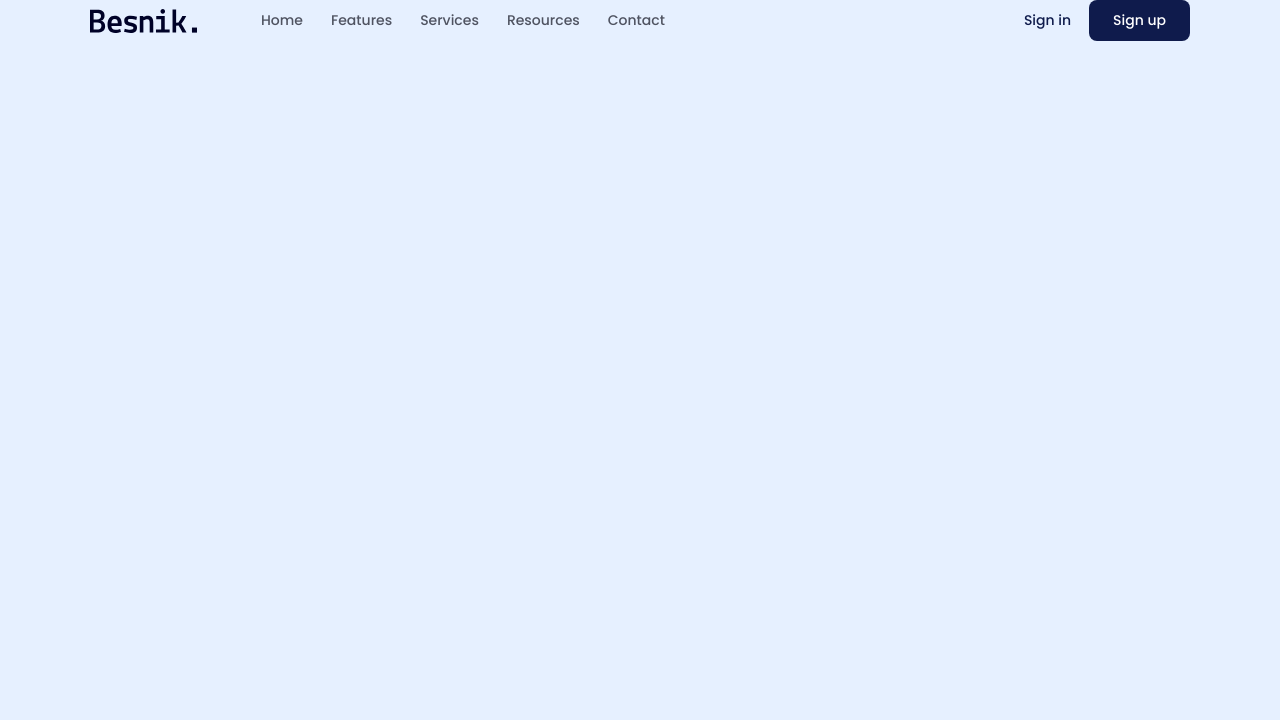
Repository: ducvui2003/f8-project-01
Page: index.html
These files come from the project's save history. The page is drawn as it stood at one moment and after the next save; the edit follows.
The browser window is 1280 px wide. The pictures show the whole page.

Above is the page before, as saved 2023-06-16 10:13:13.

### index.html
<!DOCTYPE html>
<html lang="en">

<head>
    <meta charset="UTF-8">
    <meta name="viewport" content="width=device-width, initial-scale=1.0">
    <title>f8-procject-01</title>

    <link rel="stylesheet" href="./asset/css/reset.css">
    <link rel="stylesheet" href="./asset/font/stylesheet.css">
    <link rel="stylesheet" href="./asset/css/styles.css">
</head>

<body>
    <main>
        <!-- Header -->
        <header class="header">
            <div class="content">
                <!--  -->
                <nav class="nav">
                    <!-- Logo -->
                    <img src="./asset/img/logo.svg" alt="">

                    <!-- Navigation -->
                    <ul>
                        <li><a href="">Home</a></li>
                        <li><a href="">Features</a></li>
                        <li><a href="">Services</a></li>
                        <li><a href="">Resources</a></li>
                        <li><a href="">Contact</a></li>
                    </ul>

                    <!-- Acion -->
                    <div class="actions">
                        <a href="#!" class="action-link">Sign in</a>
                        <a href="#!" class="btn">Sign up</a>
                    </div>
                </nav>
            </div>
        </header>

    </main>
</body>

</main>

</html>

### asset/font/stylesheet.css
/* =======Poppins font=========== */
@font-face {
  font-family: "Poppins";
  src: url("Poppins/Poppins-Black.woff2") format("woff2"),
    url("Poppins/Poppins-Black.woff") format("woff");
  font-weight: 900;
  font-style: normal;
  font-display: swap;
}

@font-face {
  font-family: "Poppins";
  src: url("Poppins/Poppins-BlackItalic.woff2") format("woff2"),
    url("Poppins/Poppins-BlackItalic.woff") format("woff");
  font-weight: 900;
  font-style: italic;
  font-display: swap;
}

@font-face {
  font-family: "Poppins";
  src: url("Poppins/Poppins-Bold.woff2") format("woff2"),
    url("Poppins/Poppins-Bold.woff") format("woff");
  font-weight: bold;
  font-style: normal;
  font-display: swap;
}

@font-face {
  font-family: "Poppins";
  src: url("Poppins/Poppins-BoldItalic.woff2") format("woff2"),
    url("Poppins/Poppins-BoldItalic.woff") format("woff");
  font-weight: bold;
  font-style: italic;
  font-display: swap;
}

@font-face {
  font-family: "Poppins";
  src: url("Poppins/Poppins-ExtraBold.woff2") format("woff2"),
    url("Poppins/Poppins-ExtraBold.woff") format("woff");
  font-weight: bold;
  font-style: normal;
  font-display: swap;
}

@font-face {
  font-family: "Poppins";
  src: url("Poppins/Poppins-ExtraBoldItalic.woff2") format("woff2"),
    url("Poppins/Poppins-ExtraBoldItalic.woff") format("woff");
  font-weight: bold;
  font-style: italic;
  font-display: swap;
}

@font-face {
  font-family: "Poppins";
  src: url("Poppins/Poppins-ExtraLight.woff2") format("woff2"),
    url("Poppins/Poppins-ExtraLight.woff") format("woff");
  font-weight: 200;
  font-style: normal;
  font-display: swap;
}

@font-face {
  font-family: "Poppins";
  src: url("Poppins/Poppins-ExtraLightItalic.woff2") format("woff2"),
    url("Poppins/Poppins-ExtraLightItalic.woff") format("woff");
  font-weight: 200;
  font-style: italic;
  font-display: swap;
}

@font-face {
  font-family: "Poppins";
  src: url("Poppins/Poppins-Italic.woff2") format("woff2"),
    url("Poppins/Poppins-Italic.woff") format("woff");
  font-weight: normal;
  font-style: italic;
  font-display: swap;
}

@font-face {
  font-family: "Poppins";
  src: url("Poppins/Poppins-Light.woff2") format("woff2"),
    url("Poppins/Poppins-Light.woff") format("woff");
  font-weight: 300;
  font-style: normal;
  font-display: swap;
}

@font-face {
  font-family: "Poppins";
  src: url("Poppins/Poppins-LightItalic.woff2") format("woff2"),
    url("Poppins/Poppins-LightItalic.woff") format("woff");
  font-weight: 300;
  font-style: italic;
  font-display: swap;
}

@font-face {
  font-family: "Poppins";
  src: url("Poppins/Poppins-Medium.woff2") format("woff2"),
    url("Poppins/Poppins-Medium.woff") format("woff");
  font-weight: 500;
  font-style: normal;
  font-display: swap;
}

@font-face {
  font-family: "Poppins";
  src: url("Poppins/Poppins-MediumItalic.woff2") format("woff2"),
    url("Poppins/Poppins-MediumItalic.woff") format("woff");
  font-weight: 500;
  font-style: italic;
  font-display: swap;
}

@font-face {
  font-family: "Poppins";
  src: url("Poppins/Poppins-SemiBold.woff2") format("woff2"),
    url("Poppins/Poppins-SemiBold.woff") format("woff");
  font-weight: 600;
  font-style: normal;
  font-display: swap;
}

@font-face {
  font-family: "Poppins";
  src: url("Poppins/Poppins-Regular.woff2") format("woff2"),
    url("Poppins/Poppins-Regular.woff") format("woff");
  font-weight: normal;
  font-style: normal;
  font-display: swap;
}

@font-face {
  font-family: "Poppins";
  src: url("Poppins/Poppins-SemiBoldItalic.woff2") format("woff2"),
    url("Poppins/Poppins-SemiBoldItalic.woff") format("woff");
  font-weight: 600;
  font-style: italic;
  font-display: swap;
}

@font-face {
  font-family: "Poppins";
  src: url("Poppins/Poppins-Thin.woff2") format("woff2"),
    url("Poppins/Poppins-Thin.woff") format("woff");
  font-weight: 100;
  font-style: normal;
  font-display: swap;
}

@font-face {
  font-family: "Poppins";
  src: url("Poppins/Poppins-ThinItalic.woff2") format("woff2"),
    url("Poppins/Poppins-ThinItalic.woff") format("woff");
  font-weight: 100;
  font-style: italic;
  font-display: swap;
}

### asset/css/styles.css
* {
  box-sizing: border-box;
}
html {
  font-size: 62.5%;
}
body {
  font-size: 1.6rem;
  font-family: "Poppins";
}
/* Common */

.content {
  width: 1100px;
  margin-left: auto;
  margin-right: auto;
}

.btn {
  background-color: #0f1b4c;
  border-radius: 0.8rem;
  padding: 10px 24px;
  color: white;
}
/* Header */
.header {
  height: 100vh;
  background-color: #e6f0ff;
}

.header .nav {
  display: flex;
  align-items: center;
}
.header .nav ul {
  margin-left: 6.4rem;
  margin-right: auto;

  display: flex;
  justify-content: space-between;
  gap: 2.8rem;
}
.header .nav ul li a {
  color: #4f5361;
}
.header .nav a {
  text-decoration: none;
  font-weight: 500;
  font-size: 1.4rem;
  line-height: 2.1rem;
}
.header .nav .actions {
  display: flex;
  justify-content: center;
  align-items: center;
  gap: 1.8rem;
}
.header .nav .action-link {
  color: #0f1b4c;
}

Loaded but not shown: asset/css/reset.css (common file)

After the next save:
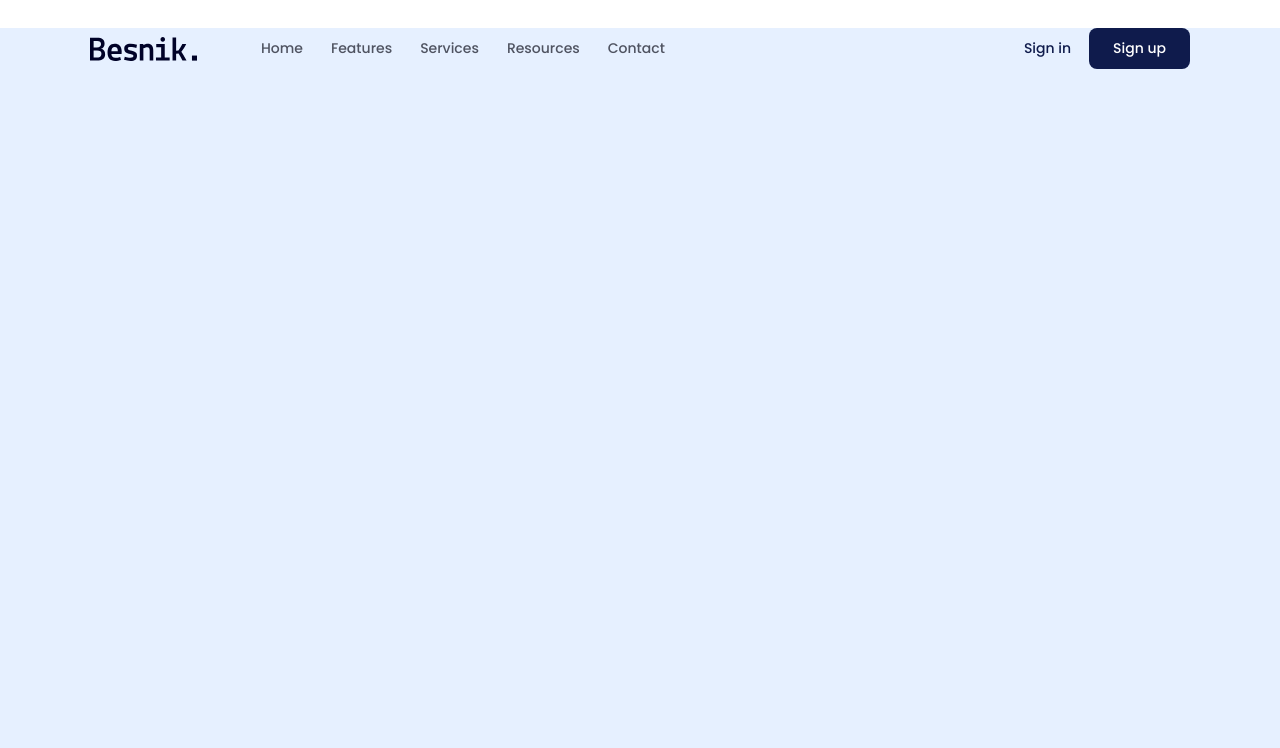
Saved 68 s later.
--- a/asset/css/styles.css
+++ b/asset/css/styles.css
@@ -27,7 +27,9 @@
   height: 100vh;
   background-color: #e6f0ff;
 }
-
+.header .content {
+  margin-top: 28px;
+}
 .header .nav {
   display: flex;
   align-items: center;
